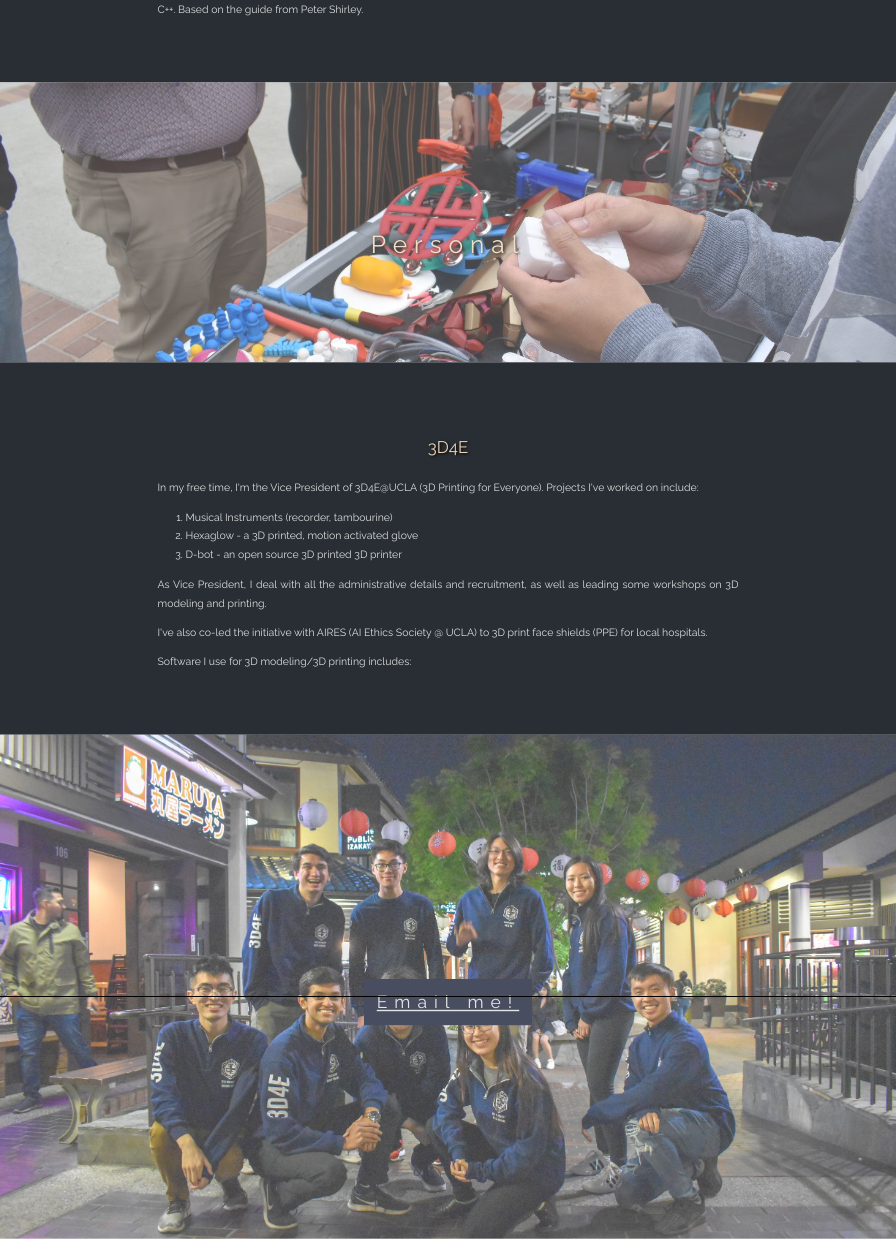
Repository: aliyuanh/me
Page: index.html
An editor plug-in stored every save of this project. The page is shown before and after the next save, followed by the edit.
The browser window is 1280 px wide. The pictures show the part of the page from y = 4021 to 5941 px (the page is 5791 px tall before and 5941 px after), at 70% of full size.
Backgrounds fixed to the window are drawn as part of the page.

Above is the page before, as saved 2020-09-17 13:53:52.

After the next save:
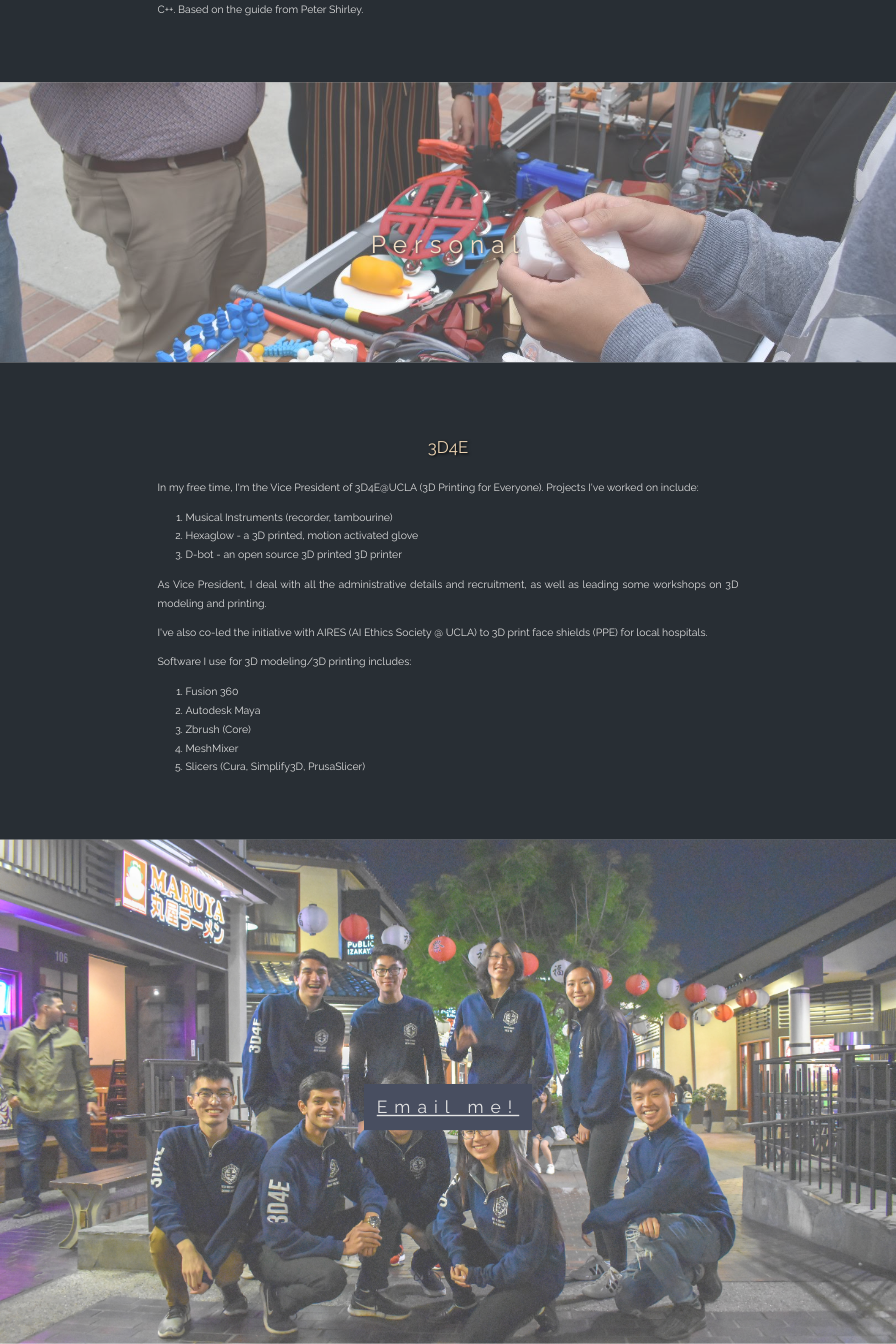
Saved 62 s later.
--- a/index.html
+++ b/index.html
@@ -263,6 +263,13 @@
             <p>As Vice President, I deal with all the administrative details and recruitment, as well as leading some workshops on 3D modeling and printing.</p>
             <p>I've also co-led the initiative with AIRES (AI Ethics Society @ UCLA) to 3D print face shields (PPE) for local hospitals. </p>
             <p> Software I use for 3D modeling/3D printing includes:</p>
+            <ol>
+                <li>Fusion 360</li>
+                <li>Autodesk Maya</li>
+                <li>Zbrush (Core)</li>
+                <li>MeshMixer</li>
+                <li>Slicers (Cura, Simplify3D, PrusaSlicer)</li>
+            </ol>
         </div>
     </div>
 
